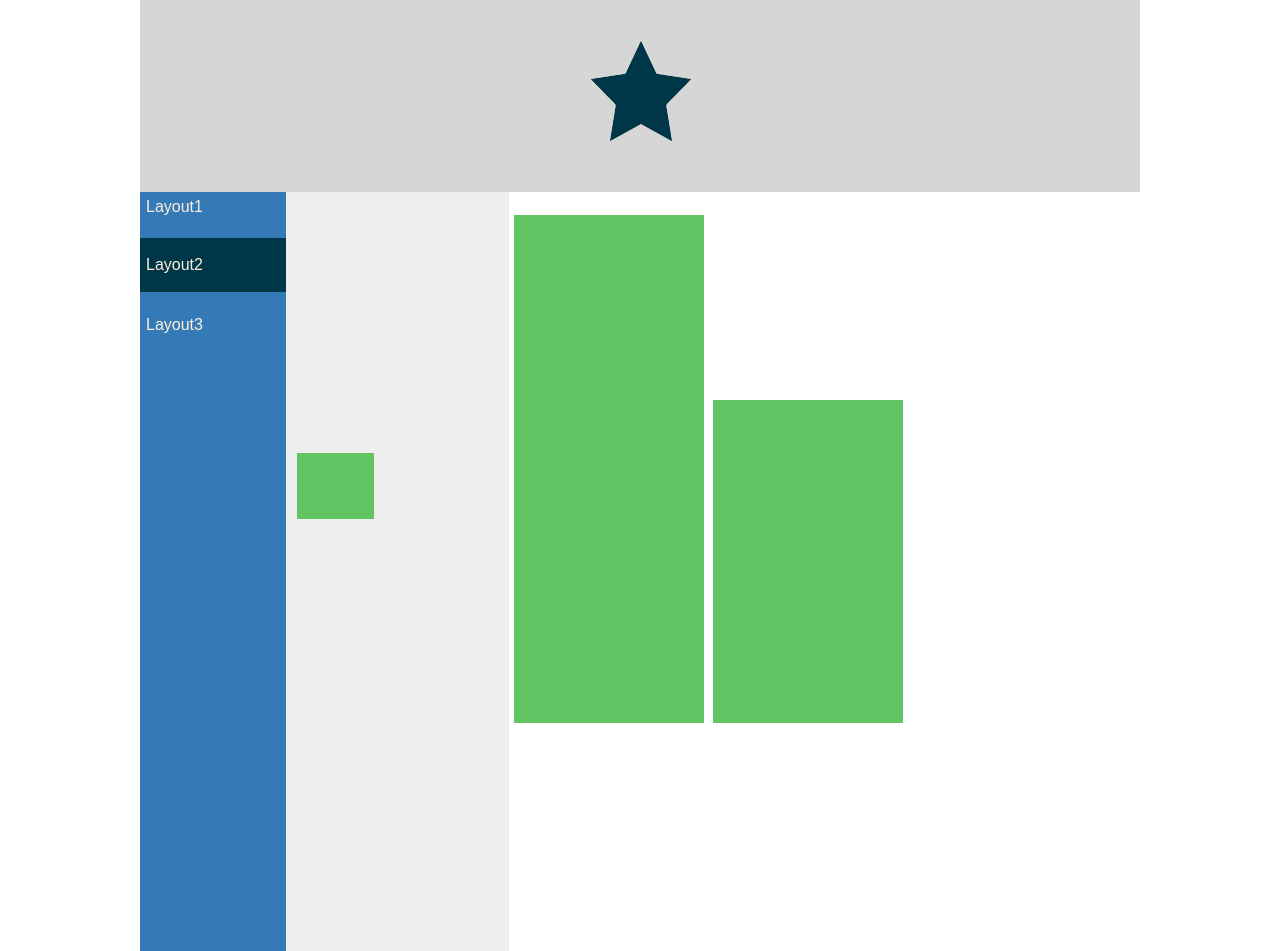
Repository: baliayassin/MyGame
Page: Documents/Aptana Studio 3 Workspace/homeWork2/layOut2.html
These files come from the project's save history. The page is drawn as it stood at one moment and after the next save; the edit follows.
The browser window is 1280 px wide. The pictures show the whole page.

Above is the page before, as saved 2017-11-29 12:55:46.

After the next save:
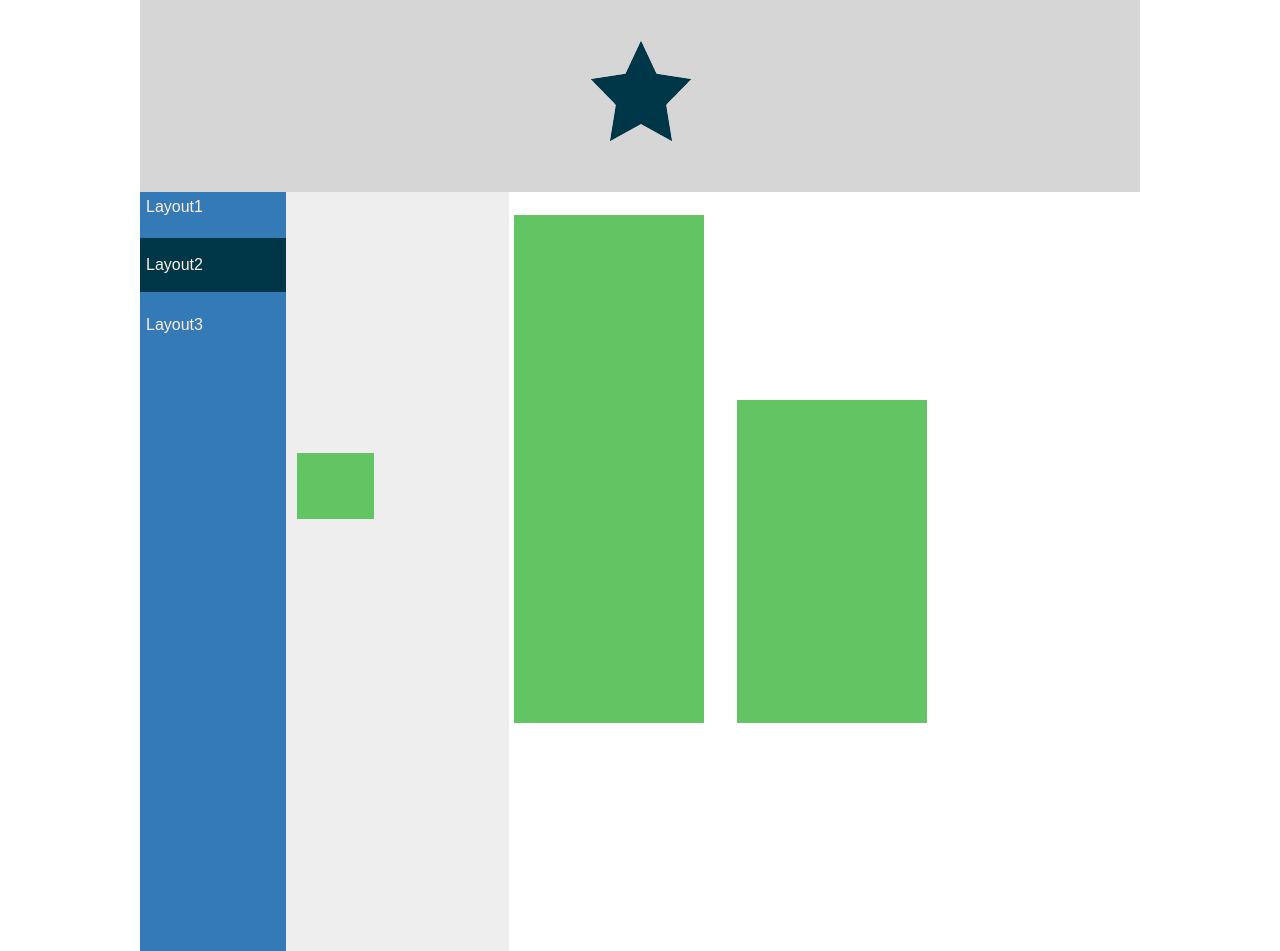
Saved 73 s later.
--- a/Documents/Aptana Studio 3 Workspace/homeWork2/includes/style.css
+++ b/Documents/Aptana Studio 3 Workspace/homeWork2/includes/style.css
@@ -265,7 +265,7 @@ main, nav, aside, footer, section, article, header {
 #wrapper2 section article:nth-child(2){
 
 	background:#62C462;
-	margin-left:5px;
+	margin-left:29px;
 	height:323px;
 	width:190px;
 	display: inline-block;
